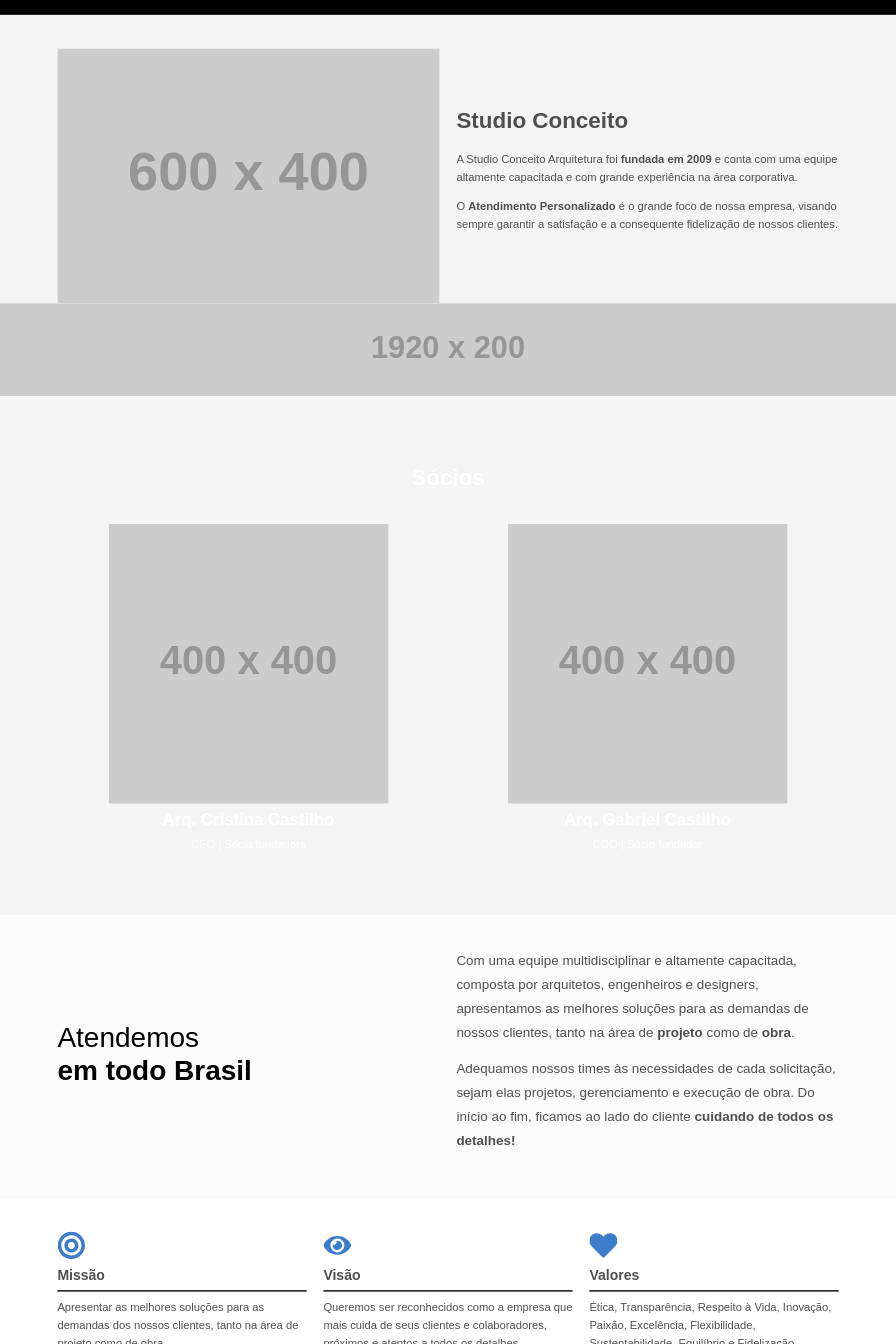
Repository: Upstairs-Agencia/studio-conceito-react
Page: /quem-somos
An editor plug-in stored every save of this project. The page is shown before and after the next save, followed by the edit.
The browser window is 1280 px wide. The pictures show the part of the page from y = 373 to 2293 px (the page is 2581 px tall), at 70% of full size.
The project was rebuilt for these pictures with package versions that can differ from the ones it lists, and the page was loaded fresh each time. Also part of the build but not shown: src/pages/Home.js, src/pages/Servicos.js, src/styles/cases.css, src/pages/Cases.js, src/pages/Blog.js, src/pages/Clientes.js, src/pages/Contato.js.

Above is the page before, as saved 2024-12-29 12:15:01.

### public/index.html
<!DOCTYPE html>
<html lang="en">
  <head>
    <meta charset="utf-8" />
    <link rel="icon" href="%PUBLIC_URL%/favicon.ico" />
    <meta name="viewport" content="width=device-width, initial-scale=1" />
    <meta name="theme-color" content="#000000" />
    <meta
      name="description"
      content="Web site created using create-react-app"
    />
    <link rel="apple-touch-icon" href="%PUBLIC_URL%/logo192.png" />
    <!--
      manifest.json provides metadata used when your web app is installed on a
      user's mobile device or desktop. See https://developers.google.com/web/fundamentals/web-app-manifest/
    -->
    <link rel="manifest" href="%PUBLIC_URL%/manifest.json" />
    <!--
      Notice the use of %PUBLIC_URL% in the tags above.
      It will be replaced with the URL of the `public` folder during the build.
      Only files inside the `public` folder can be referenced from the HTML.

      Unlike "/favicon.ico" or "favicon.ico", "%PUBLIC_URL%/favicon.ico" will
      work correctly both with client-side routing and a non-root public URL.
      Learn how to configure a non-root public URL by running `npm run build`.
    -->
    <title>Studio Conceito</title>
  </head>
  <body>
    <noscript>You need to enable JavaScript to run this app.</noscript>
    <div id="root"></div>
    <!--
      This HTML file is a template.
      If you open it directly in the browser, you will see an empty page.

      You can add webfonts, meta tags, or analytics to this file.
      The build step will place the bundled scripts into the <body> tag.

      To begin the development, run `npm start` or `yarn start`.
      To create a production bundle, use `npm run build` or `yarn build`.
    -->
  </body>
</html>

### src/index.js

import React from 'react';
import ReactDOM from 'react-dom';
import App from './App';
import 'mdb-react-ui-kit/dist/css/mdb.min.css'; // MDB styles
import './index.css'; // Global styles

ReactDOM.render(
  <React.StrictMode>
    <App />
  </React.StrictMode>,
  document.getElementById('root')
);

### src/App.js

import React from 'react';
import { BrowserRouter as Router, Routes, Route } from 'react-router-dom';
import Home from './pages/Home';
import QuemSomos from './pages/QuemSomos';
import Servicos from './pages/Servicos';
import Cases from './pages/Cases';
import Blog from './pages/Blog';
import Clientes from './pages/Clientes';
import Contato from './pages/Contato';

function App() {
  return (
    <Router>
      <Routes>
        <Route path="/" element={<Home />} />
        <Route path="/quem-somos" element={<QuemSomos />} />
        <Route path="/servicos" element={<Servicos />} />
        <Route path="/cases" element={<Cases />} />
        <Route path="/blog" element={<Blog />} />
        <Route path="/clientes" element={<Clientes />} />
        <Route path="/contato" element={<Contato />} />
      </Routes>
    </Router>
  );
}

export default App;

### src/index.css

body {
  margin: 0;
  font-family: Arial, sans-serif;
  background-color: #f4f4f4;
}

### src/pages/QuemSomos.js
import React from "react";
import Navbar from "../components/navbar"; // Importando o componente Navbar
import { MDBContainer, MDBRow, MDBCol } from "mdb-react-ui-kit";
import { FaBullseye, FaEye, FaHeart } from "react-icons/fa";

import Footer from "../components/footer";
import "../styles/quemsomos.css";

export default function QuemSomos() {
  return (
    <>
      {/* Navbar */}
      <Navbar />

      {/* Seção de cabeçalho do quem somos */}
      <section className="bg-black text-white py-5">
        <MDBContainer>
          <MDBRow className="align-items-center">
            <MDBCol md="6">
              <h1 className="fw-bold">Quem somos</h1>
            </MDBCol>
            <MDBCol md="6" className="text-end">
              <img
                src="https://placehold.co/200x150" // Imagem maior para seguir o padrão original
                alt="Padrão gráfico"
                style={{ maxWidth: "200px", marginRight: "4rem" }}
              />
            </MDBCol>
          </MDBRow>
        </MDBContainer>
      </section>

      {/* Quem Somos Section */}
      <section className="py-5 ">
        <MDBContainer>
          <MDBRow className="align-items-center">
            <MDBCol md="6">
              <img
                src="https://via.placeholder.com/600x400"
                alt="Studio Conceito"
                className="img-fluid"
              />
            </MDBCol>
            <MDBCol md="6">
              <h2 className="fw-bold mb-4">Studio Conceito</h2>
              <p>
                A Studio Conceito Arquitetura foi{" "}
                <strong>fundada em 2009</strong> e conta com uma equipe
                altamente capacitada e com grande experiência na área
                corporativa.
              </p>
              <p>
                O <strong>Atendimento Personalizado</strong> é o grande foco de
                nossa empresa, visando sempre garantir a satisfação e a
                consequente fidelização de nossos clientes.
              </p>
            </MDBCol>
          </MDBRow>

        </MDBContainer>
        <img
            src="https://via.placeholder.com/1920x200"
            alt="Studio Conceito"
            className="img-fluid"
        />
      </section>

      {/* Sócios Section */}
      <section className="py-5 socios text-white">
        <MDBContainer>
          <h2 className="text-center fw-bold mb-5">Sócios</h2>
          <MDBRow className="text-center">
            <MDBCol md="6" className="mb-4">
              <div className="team-member">
                <img
                  src="https://via.placeholder.com/400x400"
                  alt="Arq. Cristina Castilho"
                  className="img-fluid mb-2"
                />
                <h4 className="fw-bold">Arq. Cristina Castilho</h4>
                <p>CEO | Sócia fundadora</p>
              </div>
            </MDBCol>
            <MDBCol md="6" className="mb-4">
              <div className="team-member">
                <img
                  src="https://via.placeholder.com/400x400"
                  alt="Arq. Gabriel Castilho"
                  className="img-fluid mb-2"
                />
                <h4 className="fw-bold">Arq. Gabriel Castilho</h4>
                <p>COO | Sócio fundador</p>
              </div>
            </MDBCol>
          </MDBRow>
        </MDBContainer>
      </section>

      {/* Atendemos em todo Brasil Section */}
      <section className="py-5 bg-light">
        <MDBContainer>
          <MDBRow className="align-items-center">
            <MDBCol md="6" className="title-container">
              <h1 className="atendemos-title">Atendemos</h1>
              <h1 className="brasil-title">em todo Brasil</h1>
            </MDBCol>
            <MDBCol md="6">
              <p className="text-large">
                Com uma equipe multidisciplinar e altamente capacitada, composta
                por arquitetos, engenheiros e designers, apresentamos as
                melhores soluções para as demandas de nossos clientes, tanto na
                área de <span className="fw-bold">projeto</span> como de{" "}
                <span className="fw-bold">obra</span>.
              </p>
              <p className="text-large">
                Adequamos nossos times às necessidades de cada solicitação,
                sejam elas projetos, gerenciamento e execução de obra. Do início
                ao fim, ficamos ao lado do cliente{" "}
                <span className="fw-bold">cuidando de todos os detalhes!</span>
              </p>
            </MDBCol>
          </MDBRow>
        </MDBContainer>
      </section>

      {/* Missão, Visão e Valores Section */}
      <section className="py-5 bg-white">
        <MDBContainer>
          <MDBRow className="text-center mission-row">
            <MDBCol md="4" className="mission-col">
              <div className="icon-container">
                <FaBullseye size={40} color="#3d7cc9" />
              </div>
              <h5 className="fw-bold">Missão</h5>
              <div className="divider"></div>
              <p>
                Apresentar as melhores soluções para as demandas dos nossos
                clientes, tanto na área de projeto como de obra.
              </p>
            </MDBCol>
            <MDBCol md="4" className="mission-col">
              <div className="icon-container">
                <FaEye size={40} color="#3d7cc9" />
              </div>
              <h5 className="fw-bold">Visão</h5>
              <div className="divider"></div>
              <p>
                Queremos ser reconhecidos como a empresa que mais cuida de seus
                clientes e colaboradores, próximos e atentos a todos os
                detalhes.
              </p>
            </MDBCol>
            <MDBCol md="4" className="mission-col">
              <div className="icon-container">
                <FaHeart size={40} color="#3d7cc9" />
              </div>
              <h5 className="fw-bold">Valores</h5>
              <div className="divider"></div>
              <p>
                Ética, Transparência, Respeito à Vida, Inovação, Paixão,
                Excelência, Flexibilidade, Sustentabilidade, Equilíbrio e
                Fidelização.
              </p>
            </MDBCol>
          </MDBRow>
        </MDBContainer>

        <Footer />
      </section>
    </>
  );
}

### src/components/navbar.js
import React, { useState } from "react";

import Logo from "../images/logoBlack.png";

import {
  MDBNavbar,
  MDBNavbarBrand,
  MDBContainer,
} from "mdb-react-ui-kit";
import { FaLinkedin, FaInstagram, FaPinterest, FaBars } from "react-icons/fa";
import { IoIosClose } from "react-icons/io";
import { Link } from "react-router-dom";

import SeloGptw from "../images/selo-gptw.png";

const Navbar = () => {
  const [showMenu, setShowMenu] = useState(false);

  return (
    <>
      {/* Navbar */}
      <MDBNavbar dark bgColor="white" className="py-4 px-5">
        <MDBContainer fluid className="d-flex justify-content-between align-items-center">
          {/* Logo */}
          <MDBNavbarBrand href="#" className="ms-5">
            <img
              src={Logo}
              alt="Logo"
              style={{ maxHeight: "90px", marginLeft: "12vw"}}
            />
          </MDBNavbarBrand>

          {/* Social Icons and Menu Toggle */}
          <div className="d-flex align-items-center">
            {/* Social Icons */}
            <div className="d-flex gap-3 me-3">
              <button className="btn btn-light rounded-circle p-2">
                <FaLinkedin size={30} />
              </button>
              <button className="btn btn-light rounded-circle p-2">
                <FaInstagram size={30} />
              </button>
              <button className="btn btn-light rounded-circle p-2">
                <FaPinterest size={30} />
              </button>
            </div>

            {/* FaBars Icon for Sidebar */}
            <button
              className="btn rounded-circle p-2"
              style={{
                background: "none",
                border: "none",
                cursor: "pointer",
              }}
              onClick={() => setShowMenu(!showMenu)}
            >
              <FaBars size={20} color="black" />
            </button>
          </div>
        </MDBContainer>
      </MDBNavbar>

      {/* Sidebar Menu */}
      {showMenu && (
        <div
          className="position-fixed top-0 end-0 bg-white vh-100 vw-350 shadow-lg d-flex flex-column"
          style={{ zIndex: 1050, width: "500px" }}
        >
          <div className="d-flex justify-content-end p-3">
            {/* Close Button */}
            <button
              className="p-0"
              style={{
                background: "none",
                border: "none",
                cursor: "pointer",
              }}
              onClick={() => setShowMenu(false)}
            >
              <IoIosClose size={40} />
            </button>
          </div>





          <div className="p-4 flex-grow-1">
            {/* Menu Items */}
            <ul className="list-unstyled">
              {[
                { label: "Home", link: "/" },
                { label: "Quem somos", link: "/quem-somos" },
                { label: "Serviços", link: "/servicos" },
                { label: "Cases", link: "/cases" },
                { label: "Blog", link: "/blog" },
                { label: "Clientes", link: "/clientes" },
                { label: "Contato", link: "/contato" },
              ].map((item, index) => (
                <li key={index} className="py-2">
                  <Link
                    to={item.link}
                    className="text-decoration-none fs-6"
                    style={{
                      transition: "all 0.3s ease-in-out", // Transição suave
                      color:"black"
                    }}
                    onMouseOver={(e) => {
                      e.currentTarget.style.color = "#FF7F30"; // Altera a cor
                      e.currentTarget.style.fontWeight = "bold"; // Negrito
                    }}
                    onMouseOut={(e) => {
                      e.currentTarget.style.color = "black"; // Retorna à cor original
                      e.currentTarget.style.fontWeight = "normal"; // Retira o negrito
                    }}
                  >
                    {item.label}
                  </Link>
                </li>
              ))}
            </ul>
          </div>



          {/* Footer Section */}
          <div className="d-flex justify-content-between align-items-center px-4 pb-4">
            {/* Social Icons */}
            <div className="d-flex gap-3">
              <button className="btn btn-dark rounded-circle p-2">
                <FaLinkedin size={20} color="white" />
              </button>
              <button className="btn btn-dark rounded-circle p-2">
                <FaInstagram size={20} color="white" />
              </button>
              <button className="btn btn-dark rounded-circle p-2">
                <FaPinterest size={20} color="white" />
              </button>
            </div>

            {/* Placeholder Image */}
            <img
              src={SeloGptw}
              alt="Great Place to Work"
              style={{ maxHeight: "200px", marginBottom: "4rem" }}
            />
          </div>
        </div>
      )}
    </>
  );
};

export default Navbar;

### src/components/footer.js
import React from "react";
import { MDBFooter, MDBContainer, MDBRow, MDBCol } from "mdb-react-ui-kit";
import Logo from "../images/logoBlack.png";
import "../styles/footer.css";

const Footer = () => {
  return (
    <MDBFooter className="footer-container text-center text-white">
      <MDBContainer className="p-4 footer-content">

        <MDBRow className="content-signature">
            {/* Logo e Nome */}
            <MDBCol md="4" className="mb-4 footer-left">
                <img
                    src={Logo}
                    alt="Studio Conceito Logo"
                    className="footer-logo"
                />

                {/* Navegação */}
                <MDBCol md="4" className="mb-3 footer-center">
                    <nav className="footer-nav">
                        <a href="/">Home</a>
                        <a href="/quem-somos"> Quem somos </a>
                        <a href="/servicos">Serviços</a>
                        <a href="/cases">Cases</a>
                        <a href="/blog">Blog</a>
                        <a href="/clientes">Clientes</a>
                        <a href="/contato" className="footerHighlight">
                            Contato
                        </a>
                    </nav>
                </MDBCol>

            </MDBCol>

            {/* Direitos Reservados */}
            <MDBCol md="4" className="mb-4 footer-right">
                <p className="mb-0">2023 &copy; Todos os direitos reservados</p>
            </MDBCol>

        </MDBRow>



      </MDBContainer>
    </MDBFooter>
  );
};

export default Footer;

### src/styles/quemsomos.css
/* Título: Atendemos em todo Brasil */
.title-container {
    text-align: left;
  }

  .atendemos-title {
    font-size: 2.5rem;
    font-weight: normal;
    color: #000;
  }

  .brasil-title {
    font-size: 2.5rem;
    font-weight: bold;
    color: #000;
    margin-top: -10px; /* Para aproximar os textos */
  }

  /* Texto em letras maiores */
  .text-large {
    font-size: 1.2rem;
    line-height: 1.8;
    text-align: left;
  }

  /* Missão, Visão e Valores */
  .mission-row {
    justify-content: space-between;
  }

  .mission-col {
    text-align: left;
    max-width: 400px;
  }

  .icon-container {
    margin-bottom: 10px;
  }

  .divider {
    width: 100%;
    height: 2px;
    background-color: #000;
    margin: 10px auto;
  }

  /* Responsividade */
  @media (max-width: 768px) {
    .atendemos-title,
    .brasil-title {
      font-size: 2rem;
    }

    .text-large {
      font-size: 1rem;
    }

    .mission-col {
      max-width: 100%;
    }
  }

### src/styles/footer.css
.footer-container {
    background-color: white;
    height: 25vh !important; /* Ocupa 30% da altura da tela */
    display: flex;
    justify-content: center;
    align-items: center;
    color: black;
    font-family: Arial, sans-serif;
    margin: 1rem 0;
  }

  .footer-content {
    height: 100%; /* Garante que o conteúdo ocupe toda a altura do footer */
  }

  .content-signature{
    display: flex;
    flex-direction: row;
  }

  .footer-left {
    display: flex;
    flex-direction: column;
  }

  .footer-logo {
    max-width: 40%; /* Aumenta a imagem para 40% de seu tamanho */
    margin-bottom: 10px;
  }


  .footer-center {
    text-align: center;
    margin: 2rem 0;
  }

  .footer-nav{
    display: flex;
    flex-direction: row;
    justify-content: space-around;
    width:35vw;

  }

  .footerHighlight {
    color: #ff6600 !important;
  }

  .footer-nav a {
    margin: 1px 1rem;
    text-decoration: none;
    color: #000;
    font-size: 1rem;
    transition: color 0.3s ease;
  }

  .footer-nav a:hover {
    color: #ff6600;
  }



  .footer-right {
    text-align: center;
    display: flex;
    justify-content: center;
    align-items: center;
    margin-left: 20vw;
    font-size: 0.9rem;
    color: #000;
  }

After the next save:
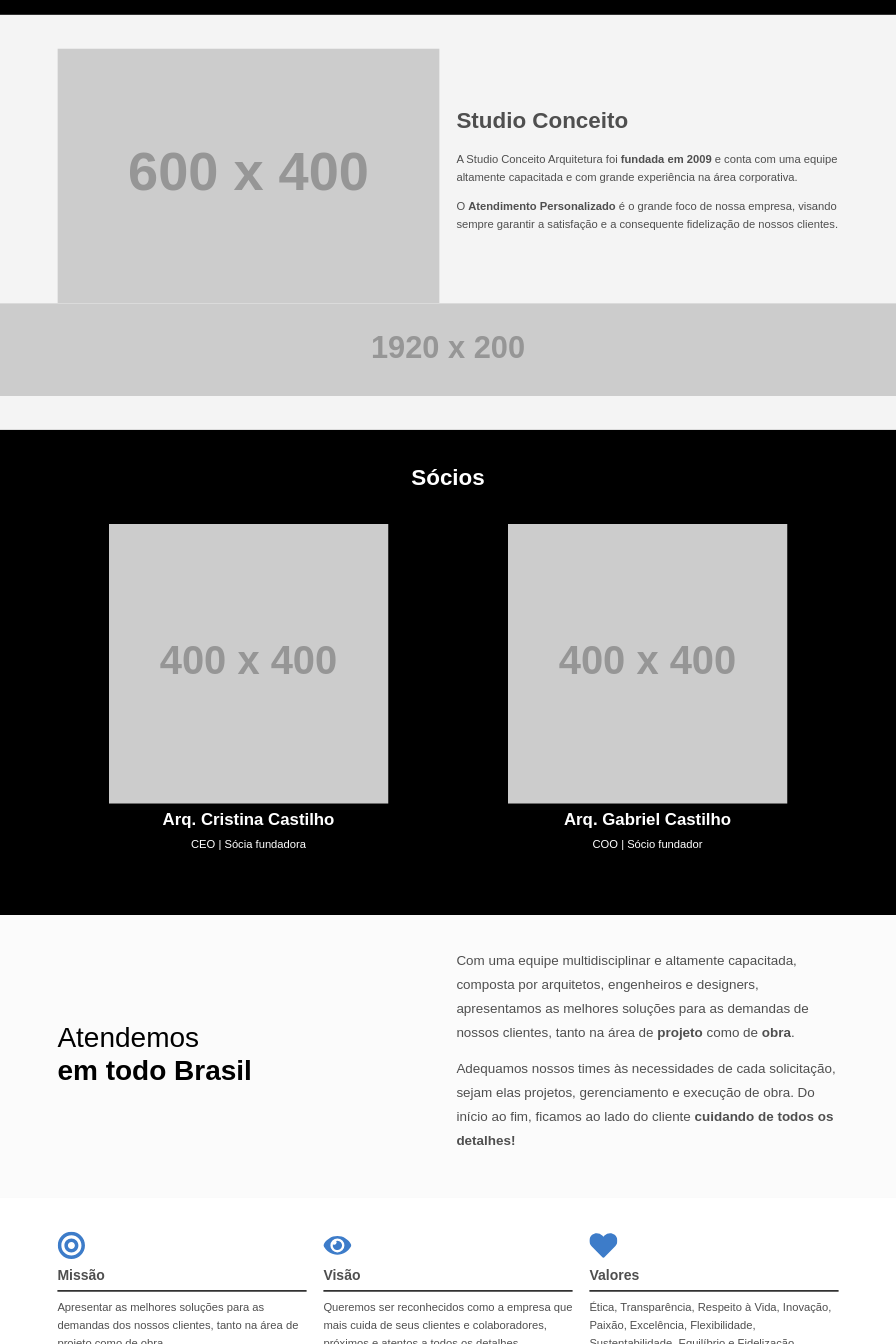
Saved 20 s later.
--- a/src/styles/quemsomos.css
+++ b/src/styles/quemsomos.css
@@ -1,3 +1,7 @@
+.socios{
+    background-color: #000;
+}
+
 /* Título: Atendemos em todo Brasil */
 .title-container {
     text-align: left;
